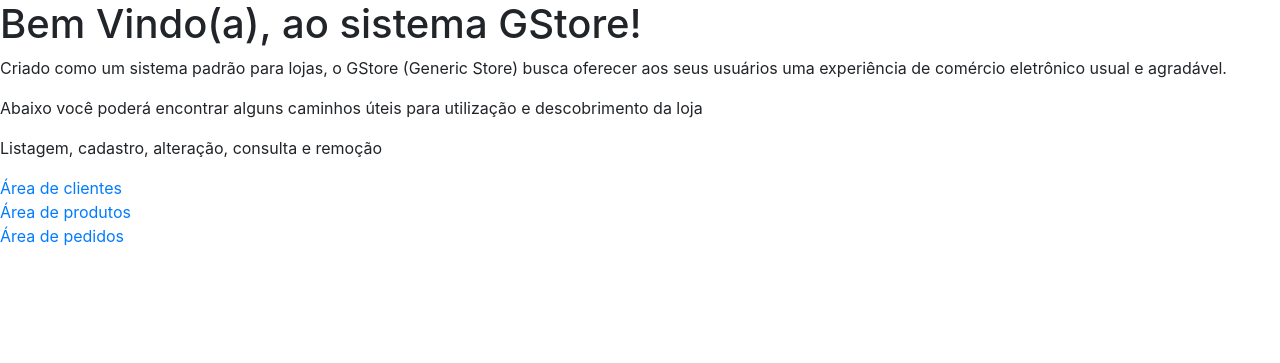
Repository: ElizeusRamos/gstore
Page: GStoreWorkspace/GStoreWeb/WebContent/index.html
The author's editor kept a copy of each file at every save. The page is drawn from the files as they stood at one save, then again after the next save.
The browser window is 1280 px wide. The pictures show the whole page.

Above is the page before, as saved 2022-05-29 13:37:16.

After the next save:
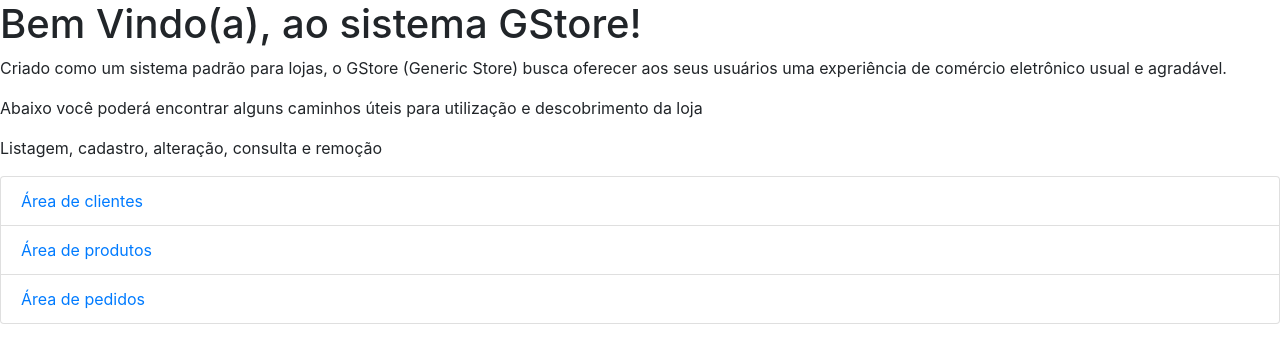
Saved 14 s later.
--- a/GStoreWorkspace/GStoreWeb/WebContent/index.html
+++ b/GStoreWorkspace/GStoreWeb/WebContent/index.html
@@ -22,9 +22,9 @@
 		<p>
 			Listagem, cadastro, alteração, consulta e remoção
 			<ul class="list-group">
-				<li><a href="#">Área de clientes</a></li>
-				<li><a href="#">Área de produtos</a></li>
-				<li><a href="#">Área de pedidos</a></li>
+				<li class="list-group-item"><a href="#">Área de clientes</a></li>
+				<li class="list-group-item"><a href="#">Área de produtos</a></li>
+				<li class="list-group-item"><a href="#">Área de pedidos</a></li>
 			</ul>
 		</p>
 	</body>
